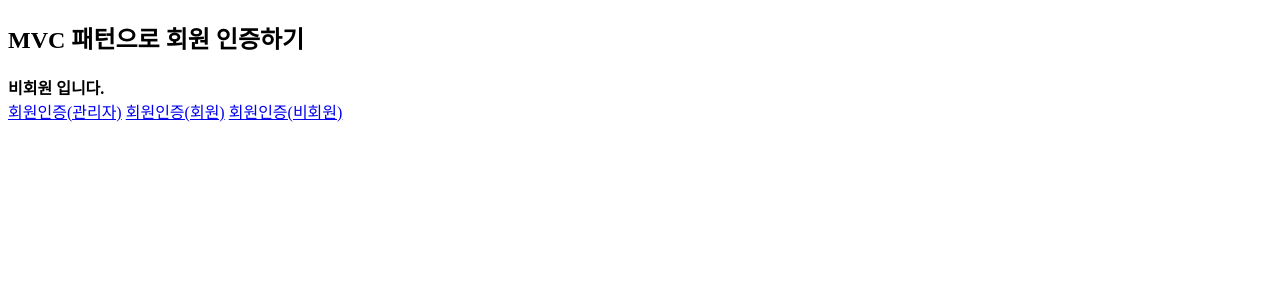
Repository: jungwoonAn/jsp_basic
Page: http://localhost/MustHaveJSP/12_Servlet/MemberAuth.mvc
These files come from the project's save history. The page is drawn as it stood at one moment and after the next save; the edit follows.
The browser window is 1280 px wide. The pictures show the whole page.
The page is served by Tomcat 10. Other server files are loaded and not shown. Queries for data that is not in the repository find no rows.

Above is the page before, as saved 2024-10-25 04:05:04.

### MustHaveJSP/src/main/webapp/12_Servlet/MemberAuth.jsp
<%@ page language="java" contentType="text/html; charset=UTF-8"
    pageEncoding="UTF-8"%>
<!DOCTYPE html>
<html>
<head>
<meta charset="UTF-8">
<title>MemberAuth.jsp</title>
</head>
<body>
	<h2>MVC 패턴으로 회원 인증하기</h2>
	<p>
		<strong>${ authMessage }</strong><br>
		<a href="./MemberAuth.mvc?id=admin&pass=1234">회원인증(관리자)</a>
		<a href="./MemberAuth.mvc?id=test01&pass=1234">회원인증(회원)</a>
		<a href="./MemberAuth.mvc?id=stranger&pass=1234">회원인증(비회원)</a>
	</p>

</body>
</html>

### MustHaveJSP/src/main/java/servlet/MemberAuth.java
package servlet;

import jakarta.servlet.ServletContext;
import jakarta.servlet.ServletException;
import jakarta.servlet.annotation.WebServlet;
import jakarta.servlet.http.HttpServlet;
import jakarta.servlet.http.HttpServletRequest;
import jakarta.servlet.http.HttpServletResponse;
import membership.MemberDAO;
import membership.MemberVO;

import java.io.IOException;

public class MemberAuth extends HttpServlet {
	private static final long serialVersionUID = 1L;

	MemberDAO mDao;

	@Override
	public void init() throws ServletException {
		// application 내장 객체 얻기
		ServletContext application = this.getServletContext();

		// web.xml에서 DB연결 정보 얻기
		String dirver = application.getInitParameter("OracleDriver");
		String connectUrl = application.getInitParameter("OracleURL");
		String oId = application.getInitParameter("OracleId");
		String oPass = application.getInitParameter("OraclePwd");

		// DAO 생성
		mDao = new MemberDAO(dirver, connectUrl, oId, oPass);
	}

	@Override
	protected void service(HttpServletRequest request, HttpServletResponse response) throws ServletException, IOException {
		// 서블릿 초기화 매개변수에서 관리자 ID 받기
		String admin_id = this.getInitParameter("admin_id");

		// 인증을 요청한 ID/패스워드
		String id = request.getParameter("id");
		String pass = request.getParameter("pass");

		// 회원 테이블에서 인증 요청한 ID/패스워드에 해당하는 회원 찾기
		MemberVO mVo = mDao.getMember(id, pass);

		// 찾은 회원의 이름에 따른 처리
		String memberName = mVo.getName();
		if(memberName != null) {  // 일치하는 회원 찾음
			request.setAttribute("authMessage", memberName+" 회원님 로그인");
		}else {  // 일치하는 회원 없음
			if(admin_id.equals(id))  // 관리자
				request.setAttribute("authMessage", admin_id+" 는 관리자입니다.");
			else  //비회원
				request.setAttribute("authMessage", "비회원 입니다.");
		}
		request.getRequestDispatcher("/12_Servlet/MemberAuth.jsp").forward(request, response);
	}

	@Override
	public void destroy() {
		mDao.close();
	}

}

### MustHaveJSP/src/main/java/membership/MemberVO.java
package membership;

public class MemberVO {
	// 멤버 변수 선언
	private String id;
	private String pass;
	private String name;
	private String regidate;

	// 멤버 변수별 게터와 세터
	public String getId() {
		return id;
	}
	public void setId(String id) {
		this.id = id;
	}
	public String getPass() {
		return pass;
	}
	public void setPass(String pass) {
		this.pass = pass;
	}
	public String getName() {
		return name;
	}
	public void setName(String name) {
		this.name = name;
	}
	public String getRegidate() {
		return regidate;
	}
	public void setRegidate(String regidate) {
		this.regidate = regidate;
	}
}

After the next save:
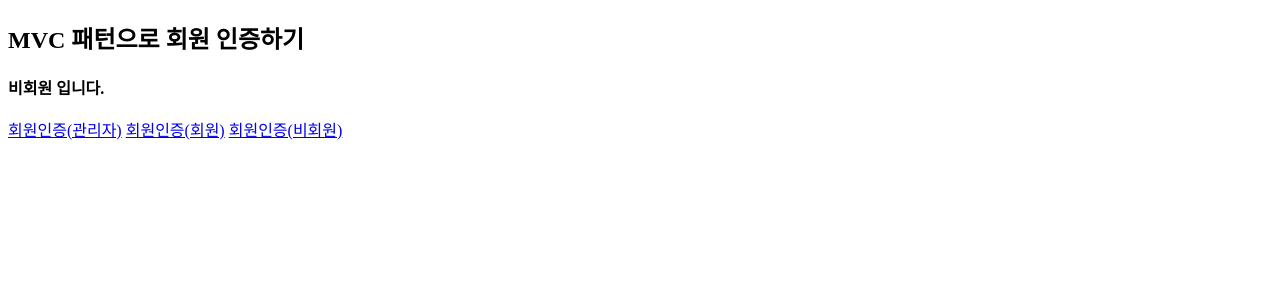
Saved 55 min 59 s later.
--- a/MustHaveJSP/src/main/webapp/12_Servlet/MemberAuth.jsp
+++ b/MustHaveJSP/src/main/webapp/12_Servlet/MemberAuth.jsp
@@ -9,7 +9,7 @@
 <body>
 	<h2>MVC 패턴으로 회원 인증하기</h2>
 	<p>
-		<strong>${ authMessage }</strong><br>
+		<strong>${ authMessage }</strong><br><br>
 		<a href="./MemberAuth.mvc?id=admin&pass=1234">회원인증(관리자)</a>
 		<a href="./MemberAuth.mvc?id=test01&pass=1234">회원인증(회원)</a>
 		<a href="./MemberAuth.mvc?id=stranger&pass=1234">회원인증(비회원)</a>
